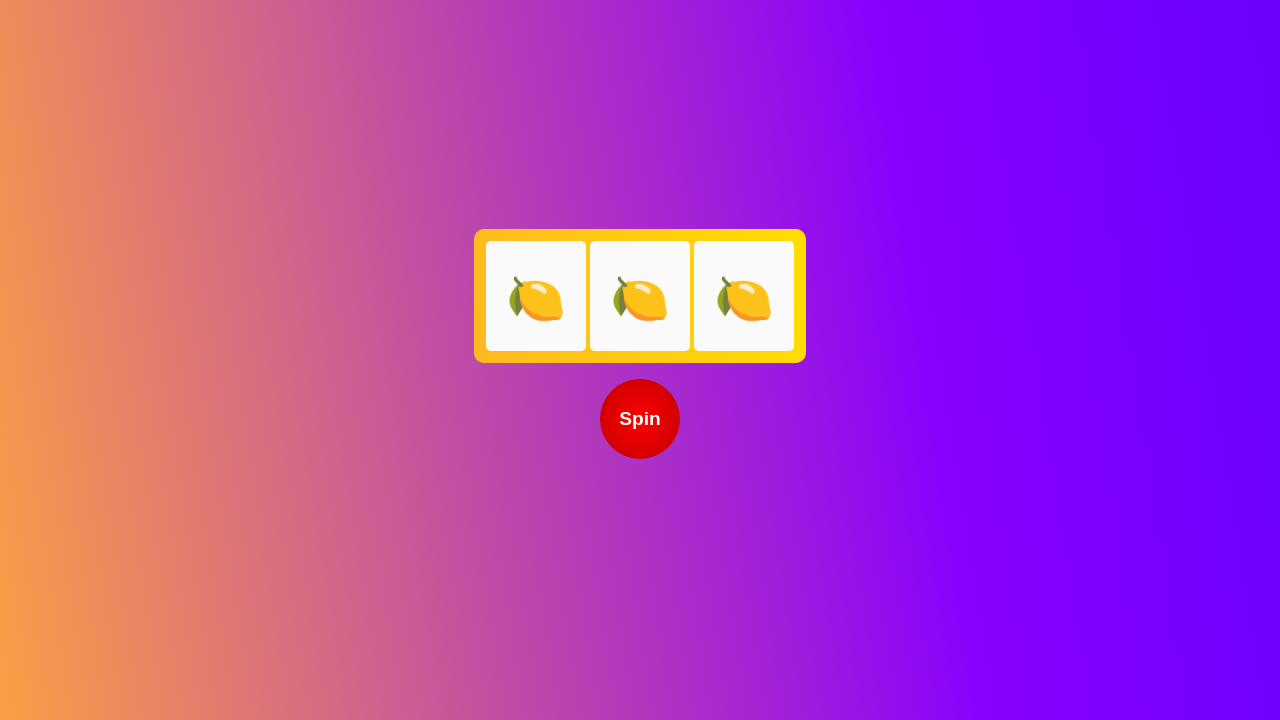
Repository: HERBOD7/slotmachine
Page: /
An editor plug-in stored every save of this project. The page is shown before and after the next save, followed by the edit.
The browser window is 1280 px wide. The pictures show the whole page.
The project was rebuilt for these pictures with package versions that can differ from the ones it lists, and the page was loaded fresh each time. Also part of the build but not shown: vue.config.js.

Above is the page before, as saved 2023-07-23 12:03:58.

After the next save:
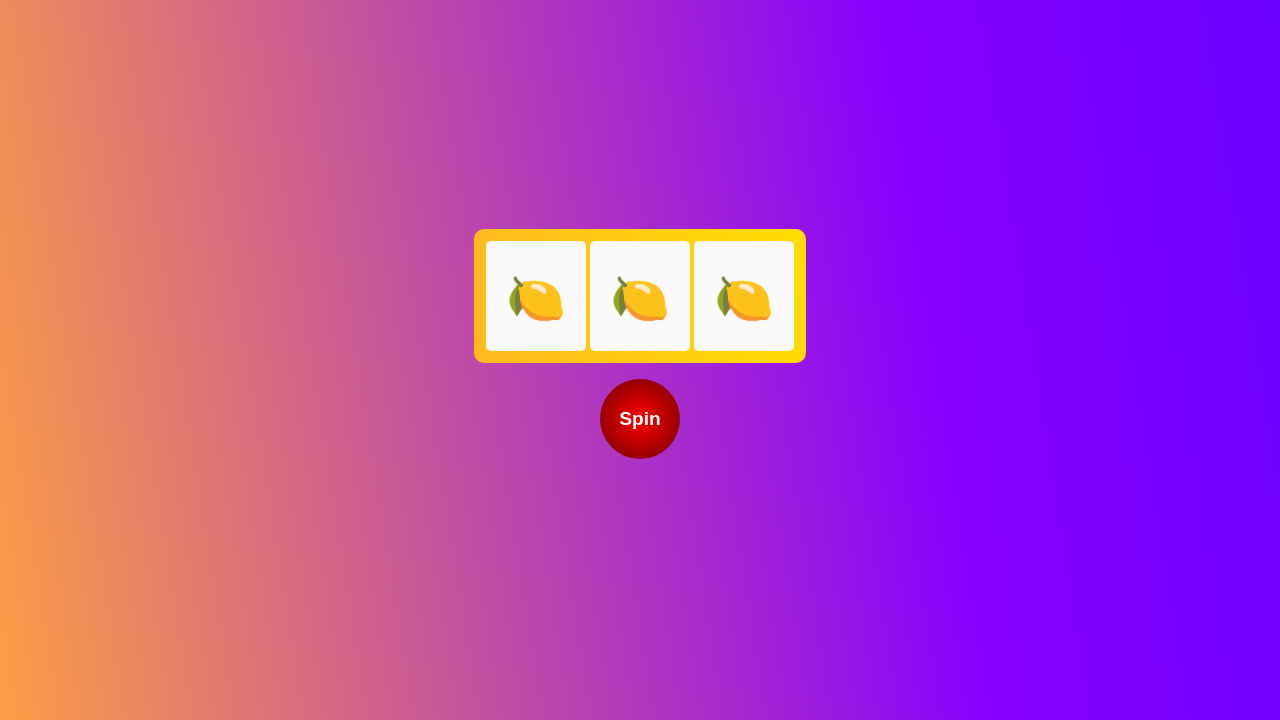
Saved 33 s later.
--- a/src/App.vue
+++ b/src/App.vue
@@ -123,8 +123,9 @@ button {
   background: radial-gradient(
     circle,
     rgba(255, 0, 0, 1) 0%,
-    rgba(191, 0, 0, 1) 100%
+    rgba(105, 0, 0, 1) 100%
   );
+
   color: white;
   font-weight: bold;
 }
